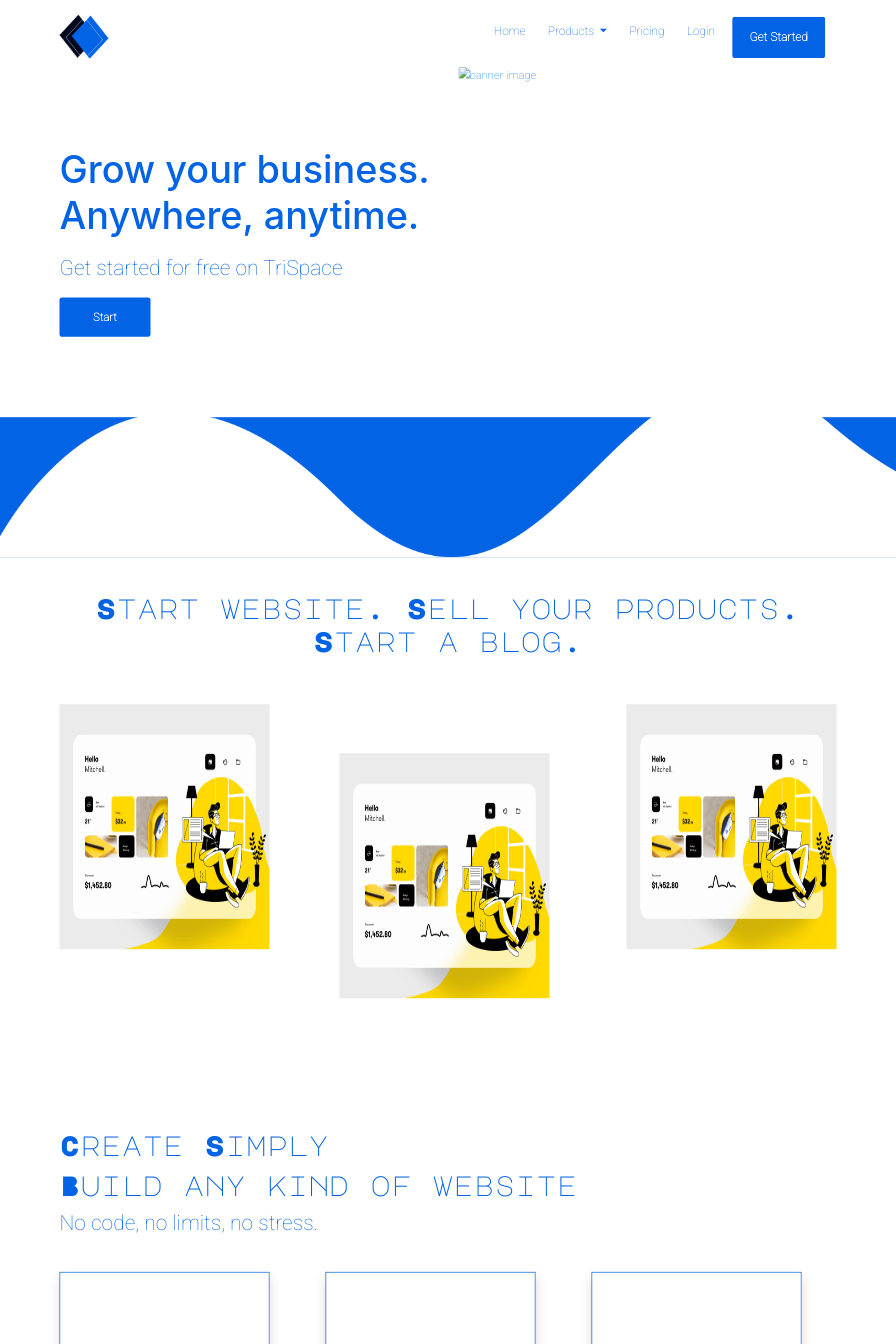
Repository: latenightsnacc/TriSpace
Page: HTML/index.html
The author's editor kept a copy of each file at every save. The page is drawn from the files as they stood at one save, then again after the next save.
The browser window is 1280 px wide. The pictures show the part of the page from y = 0 to 1920 px (the page is 5158 px tall), at 70% of full size.
The style sheet was rebuilt from its Sass, Less or Tailwind sources for each picture, by a compiler version that may differ from the author's.

Above is the page before, as saved 2020-11-12 10:53:34.

After the next save:
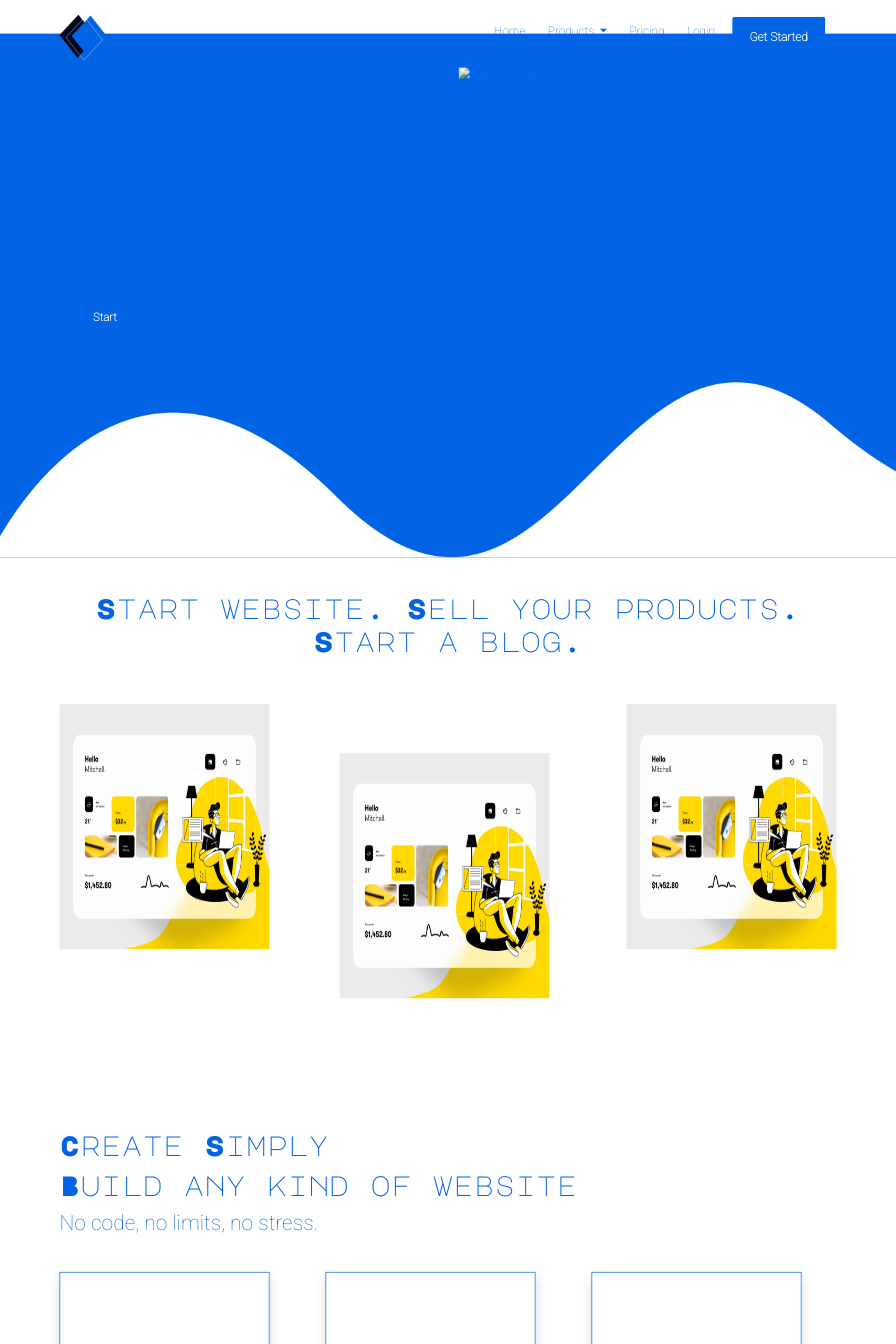
Saved 22 s later.
--- a/HTML/index.html
+++ b/HTML/index.html
@@ -67,7 +67,7 @@
 
 
     <!--Banner-->
-    <section class="min-h-screen mt-5" id="banner">
+    <section class="min-h-screen blue mt-5" id="banner">
         <div class="container">
             <div class="row pt-5">
                 <!--Banner Text-->
